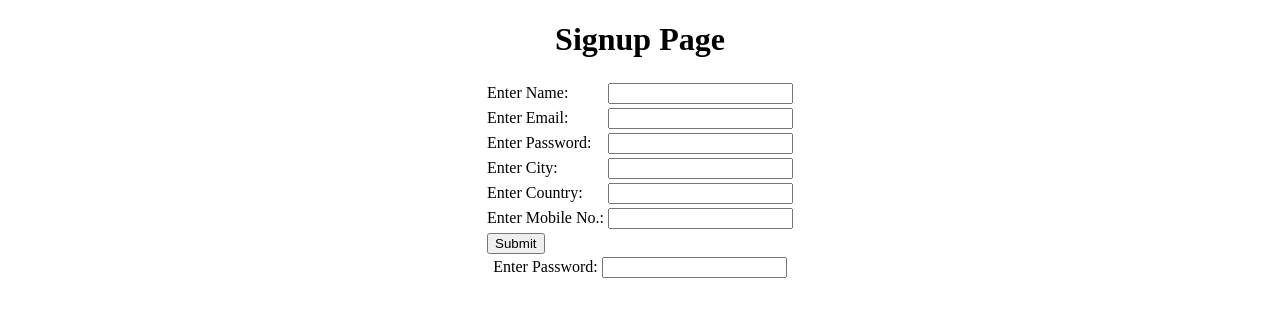
Repository: Suhail-Ahmad-Khan/iplwebapp
Page: http://localhost/IPLWebapp2016/WEB-INF/jsp/signup.jsp
These files come from the project's save history. The page is drawn as it stood at one moment and after the next save; the edit follows.
The browser window is 1280 px wide. The pictures show the whole page.
The page is served by Tomcat 9. Nobody is signed in. Other server files are loaded and not shown. The template is opened directly, without the code that normally fills it, so the values that code supplies are empty.

Above is the page before, as saved 2016-12-01 06:22:17.

### IPLWebapp2016/src/main/webapp/WEB-INF/jsp/signup.jsp
<%@ page language="java" contentType="text/html; charset=UTF-8"
	pageEncoding="UTF-8"%>
<%@ taglib uri="http://www.springframework.org/tags/form" prefix="form"%>
<!DOCTYPE html PUBLIC "-//W3C//DTD HTML 4.01 Transitional//EN" "http://www.w3.org/TR/html4/loose.dtd">
<html>
<head>
<meta http-equiv="Content-Type" content="text/html; charset=UTF-8">
<title>Signup Page</title>
</head>
<body style="text-align: center">
	<h1>Signup Page</h1>
	<center>
		<form:form action="signupPage" commandName="user" method="post">
			<table>
				<tr>
					<td><label>Enter Name:</label></td>
					<td><form:input type="text" path="name" /></td>
				</tr>
				<tr>
					<td><label>Enter Email:</label></td>
					<td><form:input type="email" path="email" /></td>
				</tr>
				<tr>
					<td><label>Enter Password:</label></td>
					<td><form:input type="password" path="password" /></td>
				</tr>
				<tr>
					<td><label>Enter City:</label></td>
					<td><form:input type="text" path="city" /></td>
				</tr>
				<tr>
					<td><label>Enter Country:</label></td>
					<td><form:input type="text" path="country" /></td>
				</tr>
				<tr>
					<td><label>Enter Mobile No.:</label></td>
					<td><form:input type="text" path="mobile" /></td>
				</tr>
				<tr>
					<td><form:input type="submit" path="" value="Submit" /></td>
				</tr>

			</table>
		</form:form>
	</center>


</body>
</html>



<tr>
	<td><label>Enter Password:</label></td>
	<td><input type="password" size=20 /></td>
</tr>

After the next save:
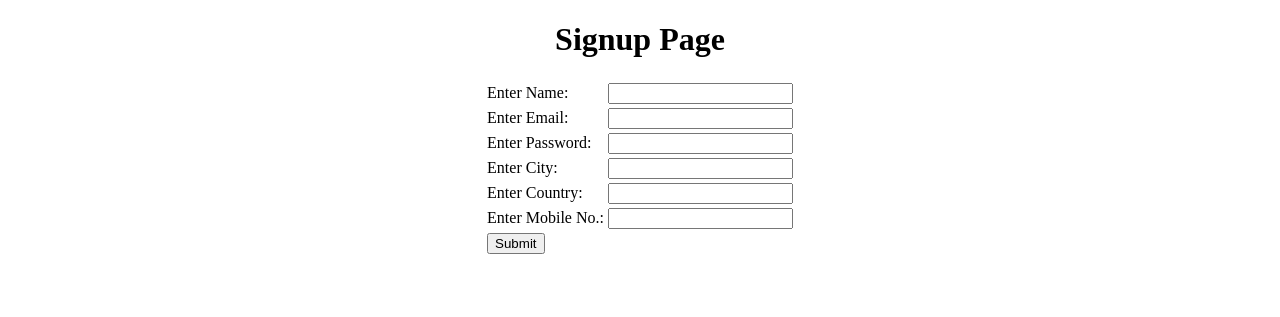
Saved 10 s later.
--- a/IPLWebapp2016/src/main/webapp/WEB-INF/jsp/signup.jsp
+++ b/IPLWebapp2016/src/main/webapp/WEB-INF/jsp/signup.jsp
@@ -39,7 +39,6 @@
 				<tr>
 					<td><form:input type="submit" path="" value="Submit" /></td>
 				</tr>
-
 			</table>
 		</form:form>
 	</center>
@@ -47,10 +46,3 @@
 
 </body>
 </html>
-
-
-
-<tr>
-	<td><label>Enter Password:</label></td>
-	<td><input type="password" size=20 /></td>
-</tr>
